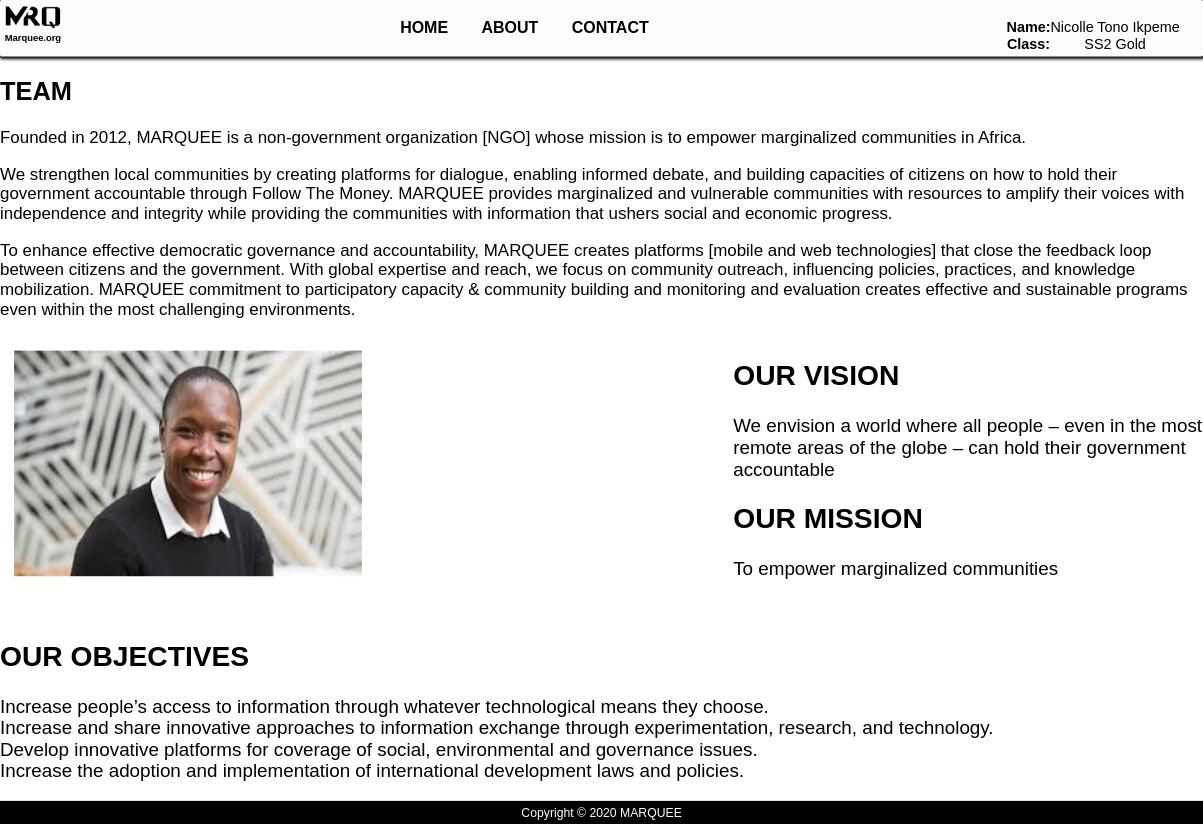
Repository: pboi18/Marquee.org
Page: about.html
An editor plug-in stored every save of this project. The page is shown before and after the next save, followed by the edit.
The browser window is 1280 px wide. The pictures show the whole page, at 94% of full size.

Above is the page before, as saved 2020-07-11 23:09:33.

After the next save:
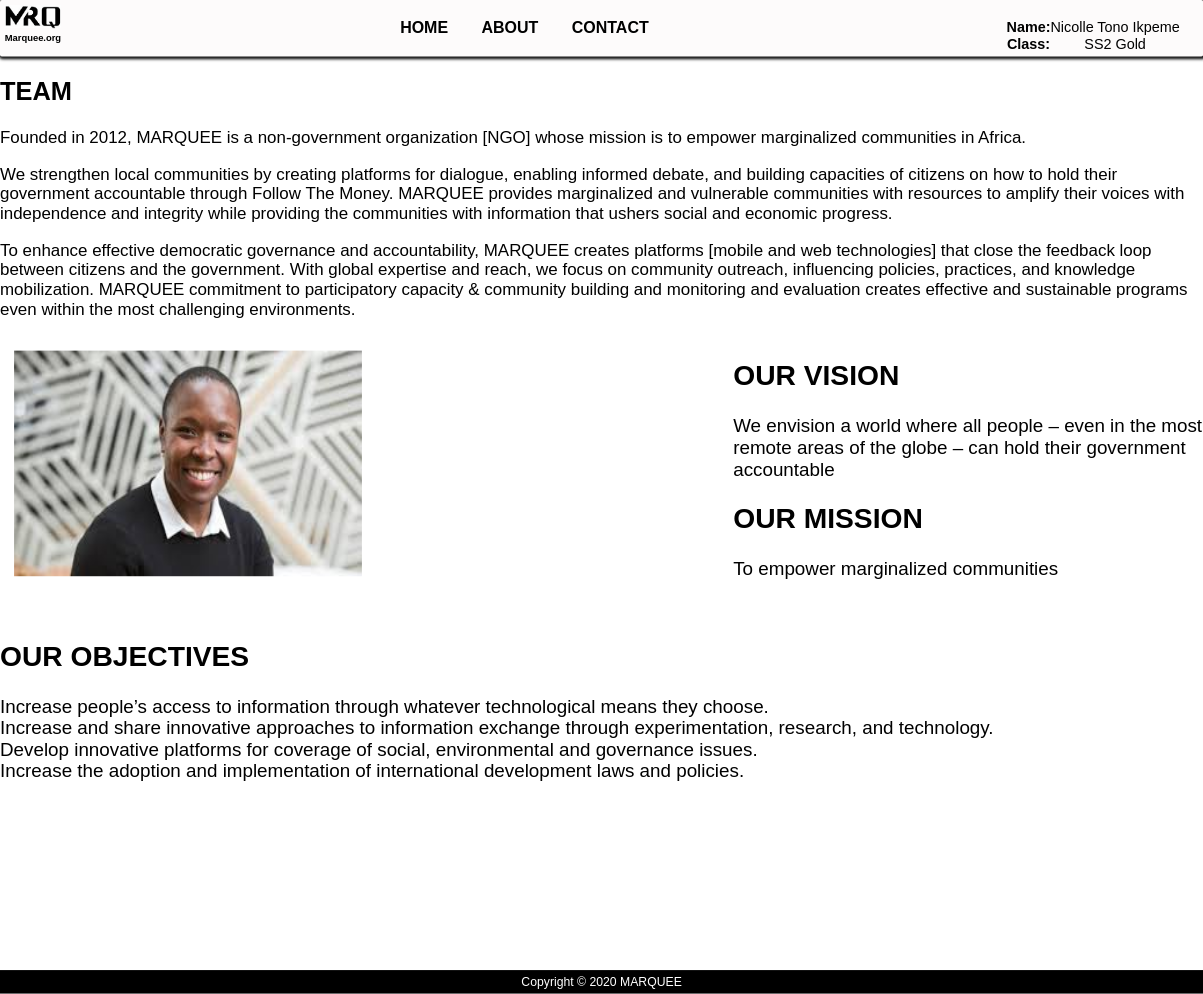
Saved 6 s later.
--- a/style.css
+++ b/style.css
@@ -149,7 +149,7 @@
 
 main {
     margin: auto;
-    margin-bottom: 20px;
+    margin-bottom: 200px;
 }
 
 .con {

After the save that followed:
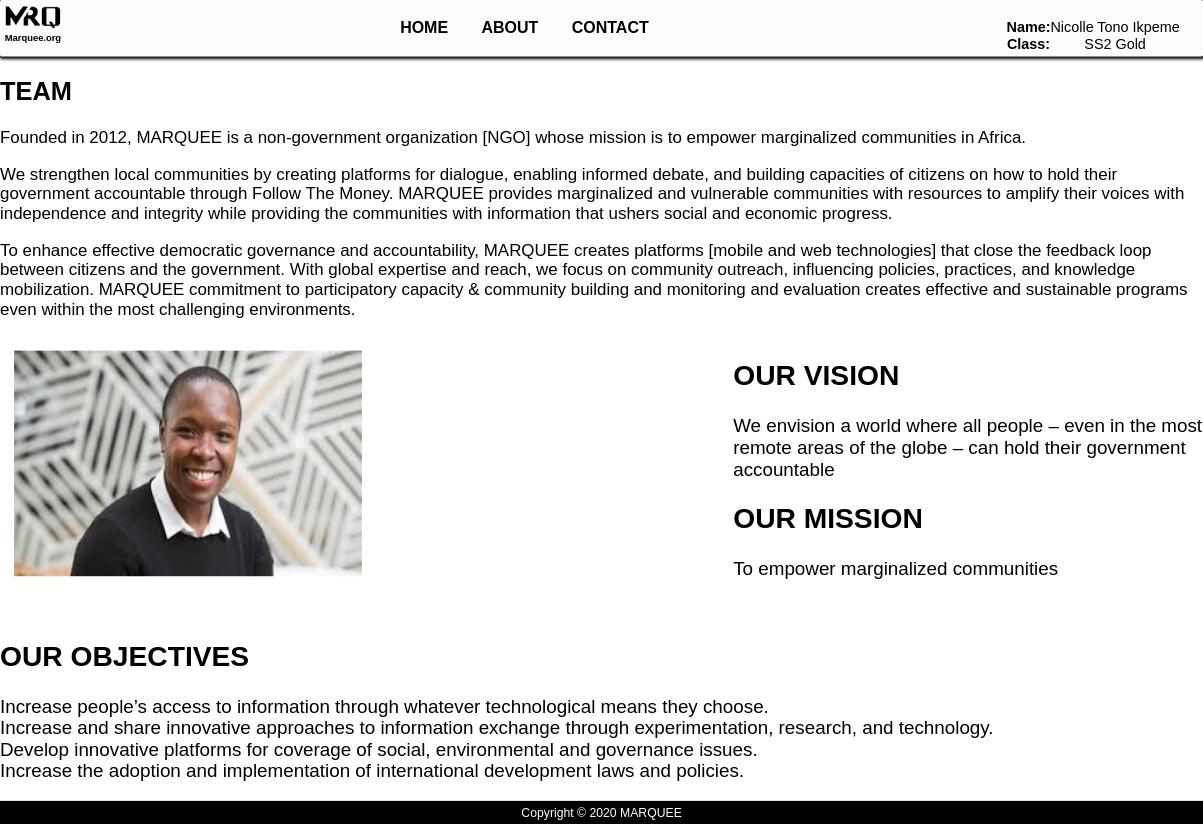
Saved 7 s later.
--- a/style.css
+++ b/style.css
@@ -149,7 +149,7 @@
 
 main {
     margin: auto;
-    margin-bottom: 200px;
+    margin-bottom: 20px;
 }
 
 .con {
